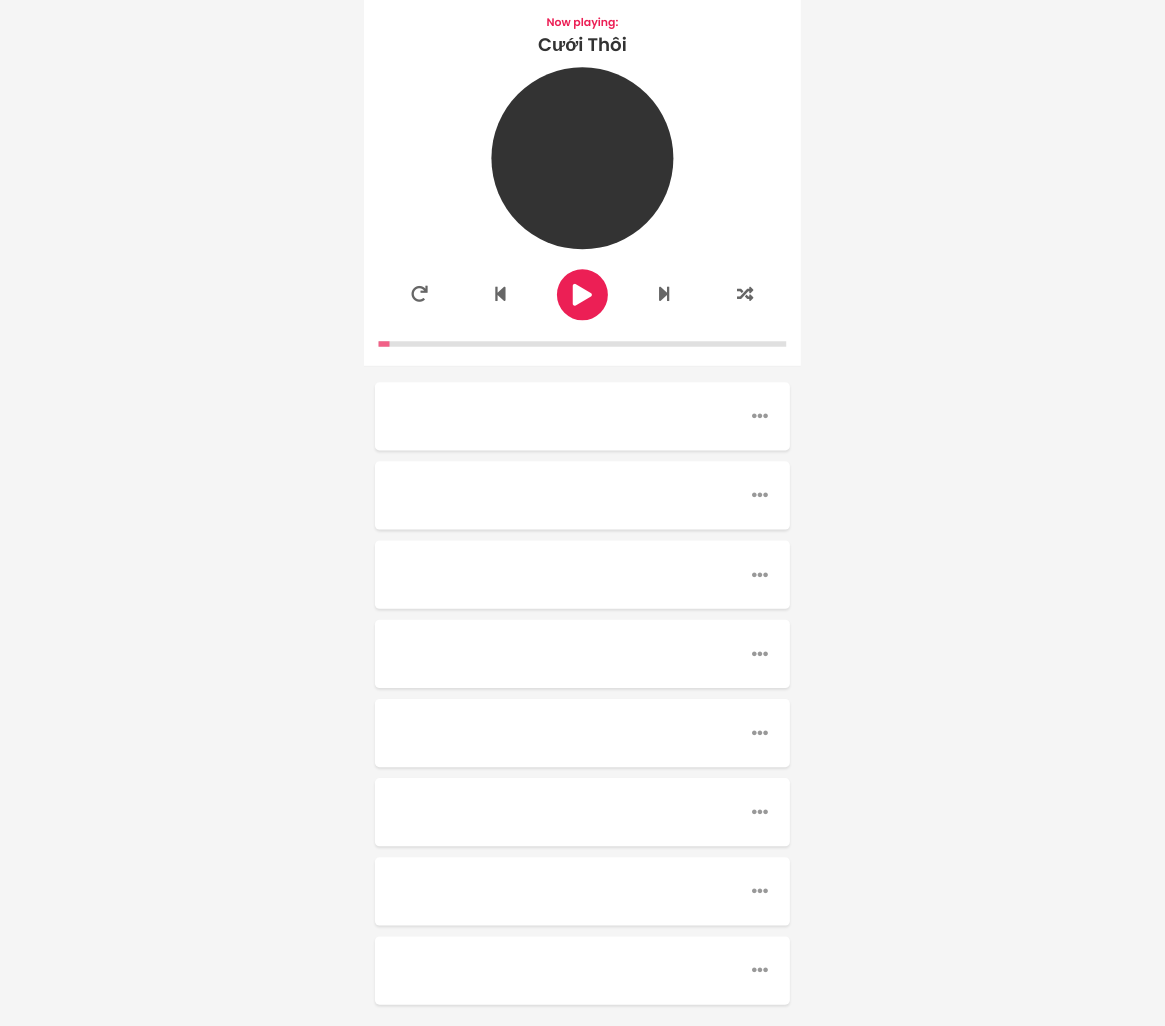
Repository: esplen74/Music
Page: music.html
The author's editor kept a copy of each file at every save. The page is drawn from the files as they stood at one save, then again after a run of saves.
The browser window is 1280 px wide. The pictures show the whole page, at 91% of full size.

Above is the page before, as saved 2021-11-09 10:33:53.

### music.html
<!DOCTYPE html>
<html lang="en">
  <head>
    <meta charset="UTF-8" />
    <meta http-equiv="X-UA-Compatible" content="IE=edge" />
    <meta name="viewport" content="width=device-width, initial-scale=1.0" />
    <title>music</title>
    <link rel="stylesheet" href="music.css" />
  </head>
  <body>
    <meta name="viewport" content="width=device-width, initial-scale=1.0" />
    <title>Music player</title>
    <link
      rel="stylesheet"
      href="https://cdnjs.cloudflare.com/ajax/libs/font-awesome/5.15.2/css/all.min.css"
      integrity="sha512-HK5fgLBL+xu6dm/Ii3z4xhlSUyZgTT9tuc/hSrtw6uzJOvgRr2a9jyxxT1ely+B+xFAmJKVSTbpM/CuL7qxO8w=="
      crossorigin="anonymous"
    />
    <link rel="preconnect" href="https://fonts.gstatic.com" />
    <link
      href="https://fonts.googleapis.com/css2?family=Poppins:wght@300;400;600&display=swap"
      rel="stylesheet"
    />

    <div class="player">
      <!-- Dashboard -->
      <div class="dashboard">
        <!-- Header -->
        <header>
          <h4>Now playing:</h4>
          <h2>String 57th & 9th</h2>
        </header>

        <!-- CD -->
        <div class="cd">
          <div class="cd-thumb"></div>
        </div>

        <!-- Control -->
        <div class="control">
          <div class="btn btn-repeat">
            <i class="fas fa-redo"></i>
          </div>
          <div class="btn btn-prev">
            <i class="fas fa-step-backward"></i>
          </div>
          <div class="btn btn-toggle-play">
            <i class="fas fa-pause icon-pause"></i>
            <i class="fas fa-play icon-play"></i>
          </div>
          <div class="btn btn-next">
            <i class="fas fa-step-forward"></i>
          </div>
          <div class="btn btn-random">
            <i class="fas fa-random"></i>
          </div>
        </div>

        <input
          id="progress"
          class="progress"
          type="range"
          value="0"
          step="1"
          min="0"
          max="100"
        />

        <audio id="audio" src=""></audio>
      </div>

      <!-- Playlist -->
      <div class="playlist">

      </div>
    </div>

    <!-- Design from: https://static.collectui.com/shots/3671744/musicloud-revolutionary-app-for-music-streaming-large -->

    <script src="music.js"></script>
  </body>
</html>

### music.css
:root {
  --primary-color: #ec1f55;
  --text-color: #333;
}

* {
  padding: 0;
  margin: 0;
  box-sizing: inherit;
}

body {
  background-color: #f5f5f5;
}

html {
  box-sizing: border-box;
  font-family: "Poppins", sans-serif;
}

.player {
  position: relative;
  max-width: 480px;
  margin: 0 auto;
}

.player .icon-pause {
  display: none;
}

.player.playing .icon-pause {
  display: inline-block;
}

.player.playing .icon-play {
  display: none;
}

.dashboard {
  padding: 16px 16px 14px;
  background-color: #fff;
  position: fixed;
  top: 0;
  width: 100%;
  max-width: 480px;
  border-bottom: 1px solid #ebebeb;
}

/* HEADER */
header {
  text-align: center;
  margin-bottom: 10px;
}

header h4 {
  color: var(--primary-color);
  font-size: 12px;
}

header h2 {
  color: var(--text-color);
  font-size: 20px;
}

/* CD */
.cd {
  display: flex;
  margin: auto;
  width: 200px;
}

.cd-thumb {
  width: 100%;
  padding-top: 100%;
  border-radius: 50%;
  background-color: #333;
  background-size: cover;
  margin: auto;
}

/* CONTROL */
.control {
  display: flex;
  align-items: center;
  justify-content: space-around;
  padding: 18px 0 8px 0;
}

.control .btn {
  color: #666;
  padding: 18px;
  font-size: 18px;
}

.control .btn.active {
  color: var(--primary-color);
}

.control .btn-toggle-play {
  width: 56px;
  height: 56px;
  border-radius: 50%;
  font-size: 24px;
  color: #fff;
  display: flex;
  align-items: center;
  justify-content: center;
  background-color: var(--primary-color);
}

.progress {
  width: 100%;
  -webkit-appearance: none;
  height: 6px;
  background: #d3d3d3;
  outline: none;
  opacity: 0.7;
  -webkit-transition: 0.2s;
  transition: opacity 0.2s;
}

.progress::-webkit-slider-thumb {
  -webkit-appearance: none;
  appearance: none;
  width: 12px;
  height: 6px;
  background-color: var(--primary-color);
  cursor: pointer;
}

/* PLAYLIST */
.playlist {
  margin-top: 408px;
  padding: 12px;
}

.song {
  display: flex;
  align-items: center;
  margin-bottom: 12px;
  background-color: #fff;
  padding: 8px 16px;
  border-radius: 5px;
  box-shadow: 0 2px 3px rgba(0, 0, 0, 0.1);
}

.song.active {
  background-color: var(--primary-color);
}

.song:active {
  opacity: 0.8;
}

.song.active .option,
.song.active .author,
.song.active .title {
  color: #fff;
}

.song .thumb {
  width: 44px;
  height: 44px;
  border-radius: 50%;
  background-size: cover;
  margin: 0 8px;
}

.song .body {
  flex: 1;
  padding: 0 16px;
}

.song .title {
  font-size: 18px;
  color: var(--text-color);
}

.song .author {
  font-size: 12px;
  color: #999;
}

.song .option {
  padding: 16px 8px;
  color: #999;
  font-size: 18px;
}

### music.js
// 1. Render songs
// 2. Scroll top
// 3. play/ pause
// 4. Cd rotate
// 5.Next / Prev
// 6. Random
// 7. Next / repeat when enabe
// 8. Active song // render
// 9. Scroll active song into view
// 10. Play song when click

const $ = document.querySelector.bind(document);
const $$ = document.querySelectorAll.bind(document);
const cd = $(".cd");
const heading = $("header h2");
const cdThumb = $(".cd-thumb");
const audio = $("#audio");
const btnPlay = $(".btn-toggle-play");
const playlist = $(".playlist");
const player = $(".player");
const progress = $(".progress");
const btnNext = $(".btn-next");
const btnPrev = $(".btn-prev");
const btnRandom = $(".btn-random");
const btnRepeat = $(".btn-repeat");

const app = {
  currentIndex: 6,

  songs: [
    {
      name: "Cưới Đi",
      singer: "2T, ChangC",
      path: "./music/song1.mp3",
      image:
        "https://avatar-ex-swe.nixcdn.com/song/2020/08/27/8/e/c/f/1598516178659_500.jpg",
    },
    {
      name: "Sài Gòn Đau Lòng Quá",
      singer: " Hứa Kim Tuyền",
      path: "./music/song2.mp3",
      image:
        "https://avatar-ex-swe.nixcdn.com/song/2021/03/27/d/2/9/1/1616859493571_500.jpg",
    },
    {
      name: "Một Mình Có Buồn Không",
      singer: "Thiều Bảo Trâm, Lou Hoàng",
      path: "./music/song3.mp3",
      image:
        "https://avatar-ex-swe.nixcdn.com/song/2020/10/19/f/5/8/c/1603078556165_500.jpg",
    },
    {
      name: "Lỡ Say Bye Là Bye",
      singer: "Lemese, Changg",
      path: "./music/song4.mp3",
      image:
        "https://avatar-ex-swe.nixcdn.com/song/2021/01/21/5/c/9/9/1611199600529_500.jpg",
    },
    {
      name: "Hương",
      singer: "Văn Mai Hương, Negav",
      path: "./music/song5.mp3",
      image:
        "https://avatar-ex-swe.nixcdn.com/song/2021/01/22/9/f/2/1/1611280898757_500.jpg",
    },
    {
      name: "Damn",
      singer: "Raftaar x kr$na",
      path: "./music/song6.mp3",
      image:
        "https://th.bing.com/th/id/OIP.iBnWFBIXKLuFs9xHKn65qgHaN4?w=182&h=342&c=7&r=0&o=5&dpr=1.25&pid=1.7",
    },
    {
      name: "Cưới Thôi",
      singer: " Masew, Masiu, B Ray, V.A",
      path: "./music/song7.mp3",
      image:
        "https://avatar-ex-swe.nixcdn.com/song/2021/09/09/f/c/f/d/1631181753902_500.jpg",
    },
    {
      name: "Dịu Dàng Là Ngày Em Đến",
      singer: " ERIK, NinjaZ",
      path: "./music/song8.mp3",
      image:
        "https://avatar-ex-swe.nixcdn.com/song/2021/08/30/2/1/a/e/1630307726211_500.jpg",
    },
  ],
  // render bài hát
  render: function () {
    const htmls = this.songs.map((song, index) => {
      return `
      <div class="song">
          <div class="thumb"
              style="">
          </div>
          <div class="body">
              <h3 class="title"></h3>
              <p class="author"></p>
          </div>
          <div class="option">
              <i class="fas fa-ellipsis-h"></i>
          </div>
      </div>
      `;
    });
    playlist.innerHTML = htmls.join("");
  },
  handleEvent: function () {
    // Thu nhỏ cd
    const cdWidth = cd.offsetWidth;
    document.onscroll = function () {
      const scrollTop = window.scrollY || document.documentElement.scrollTop;
      const newCdWidth = cdWidth - scrollTop;
      cd.style.width = newCdWidth > 0 ? newCdWidth + "px" : 0;
    };
  },
  defineproperties : function() {
    Object.defineProperty(this,"currentSong", {
      get: function() {
        return this.songs[this.currentIndex];
      }
    })
  },
  loadCurrentSong: function() {
    heading.textContent = this.currentSong.name
  },
  start: function () {
    //ĐỊNh nghĩa các thuộc tính
    this.defineproperties();
    this.loadCurrentSong();

    // Xử lí các event
    this.handleEvent();

    //Render bài hát
    this.render();

  },
};
app.start();

After the next 2 saves:
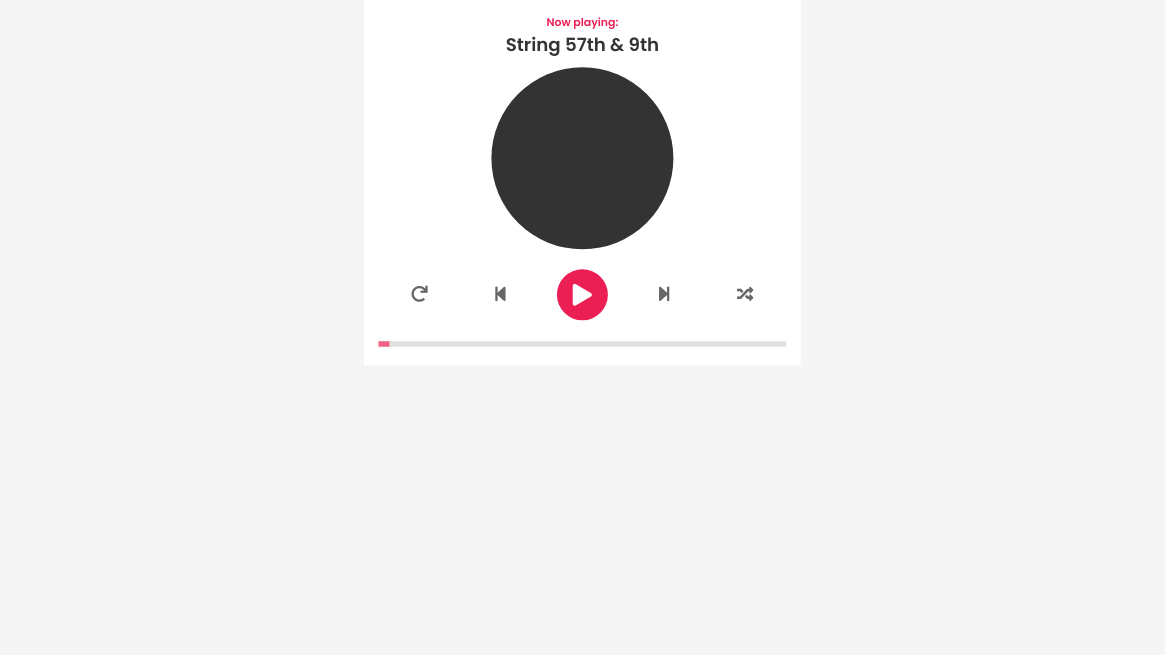
Console error: SyntaxError: Unexpected token '<'
The 2 saves are shown as one change because they came seconds apart.
The last was saved 7 s later.
--- a/music.js
+++ b/music.js
@@ -89,18 +89,7 @@ const app = {
   render: function () {
     const htmls = this.songs.map((song, index) => {
       return `
-      <div class="song">
-          <div class="thumb"
-              style="">
-          </div>
-          <div class="body">
-              <h3 class="title"></h3>
-              <p class="author"></p>
-          </div>
-          <div class="option">
-              <i class="fas fa-ellipsis-h"></i>
-          </div>
-      </div>
+
       `;
     });
     playlist.innerHTML = htmls.join("");
@@ -138,3 +127,17 @@ const app = {
   },
 };
 app.start();
+
+
+<div class="song">
+<div class="thumb"
+    style="">
+</div>
+<div class="body">
+    <h3 class="title"></h3>
+    <p class="author"></p>
+</div>
+<div class="option">
+    <i class="fas fa-ellipsis-h"></i>
+</div>
+</div>
